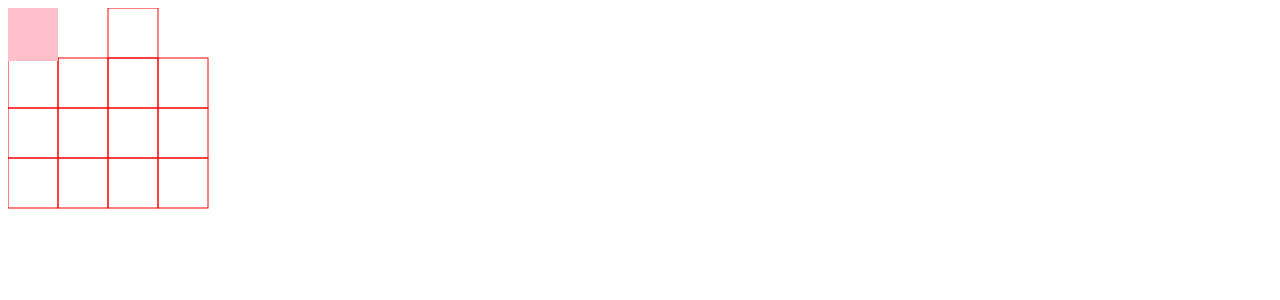
Repository: JIHYEONHE/doit
Page: FAST_ZZANG/static/canvas3.html
An editor plug-in stored every save of this project. The page is shown before and after the next save, followed by the edit.
The browser window is 1280 px wide. The pictures show the whole page.

Above is the page before, as saved 2022-10-18 01:34:09.

### FAST_ZZANG/static/canvas3.html
<!DOCTYPE html>
<html>
<head>
<meta charset="UTF-8">
<title>Insert title here</title>
<script type="text/javascript">
var cvr2D = [
	   [1,0,1,0],
	   [1,1,1,0],
	   [0,0,0,1],
	   [1,1,0,0]
	];

function myinit(){
    const c = document.getElementById('mycan');
    // 2. 2d모드의 그리기 객체를 취득한다. => 이 객체를 통해 canvas에 그림을 그릴 수 있다.
    const ctx = c.getContext("2d");

    for(var i=0; i<4; i++){ //i는 y
		for(var j=0; j<4; j++){
		    if(cvr2D[i][j]==1&&j==0){
			    ctx.fillStyle = 'pink';
			    ctx.fillRect(j*50,i, 50, 50);
		    }else{
		        ctx.strokeStyle = 'red';
		        ctx.strokeRect(i*50, j*50, 50, 50);

		    }
		}
	}


}

</script>
</head>
<body onload="myinit()">

<canvas id="mycan" width="400px" height="400px">

</canvas>

</body>
</html>

After the next save:
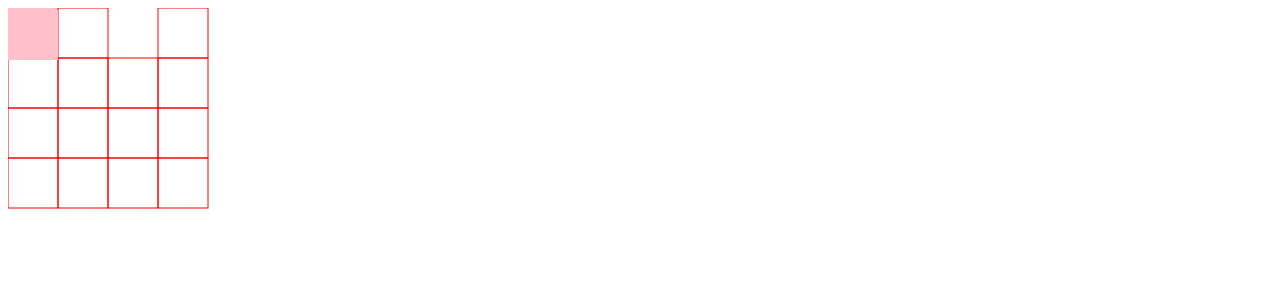
Saved 28 s later.
--- a/FAST_ZZANG/static/canvas3.html
+++ b/FAST_ZZANG/static/canvas3.html
@@ -18,7 +18,7 @@
 
     for(var i=0; i<4; i++){ //i는 y
 		for(var j=0; j<4; j++){
-		    if(cvr2D[i][j]==1&&j==0){
+		    if(cvr2D[j][i]==1&&j==0){
 			    ctx.fillStyle = 'pink';
 			    ctx.fillRect(j*50,i, 50, 50);
 		    }else{

After the save that followed:
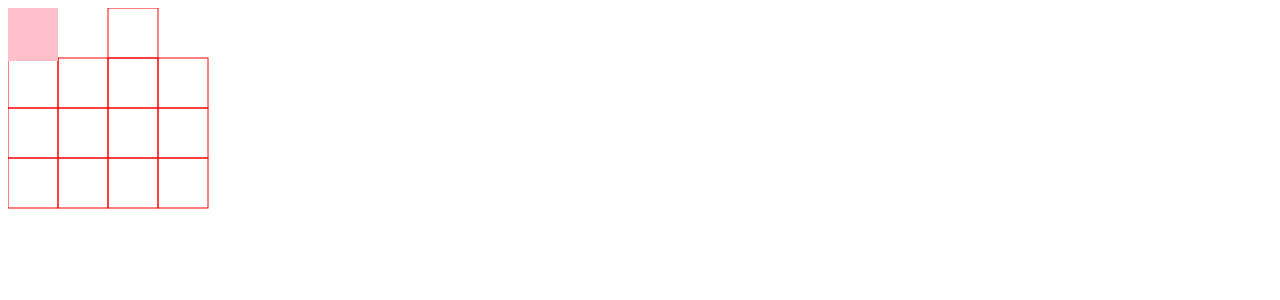
Saved 10 s later.
--- a/FAST_ZZANG/static/canvas3.html
+++ b/FAST_ZZANG/static/canvas3.html
@@ -18,7 +18,7 @@
 
     for(var i=0; i<4; i++){ //i는 y
 		for(var j=0; j<4; j++){
-		    if(cvr2D[j][i]==1&&j==0){
+		    if(cvr2D[i][j]==1&&j==0){
 			    ctx.fillStyle = 'pink';
 			    ctx.fillRect(j*50,i, 50, 50);
 		    }else{
